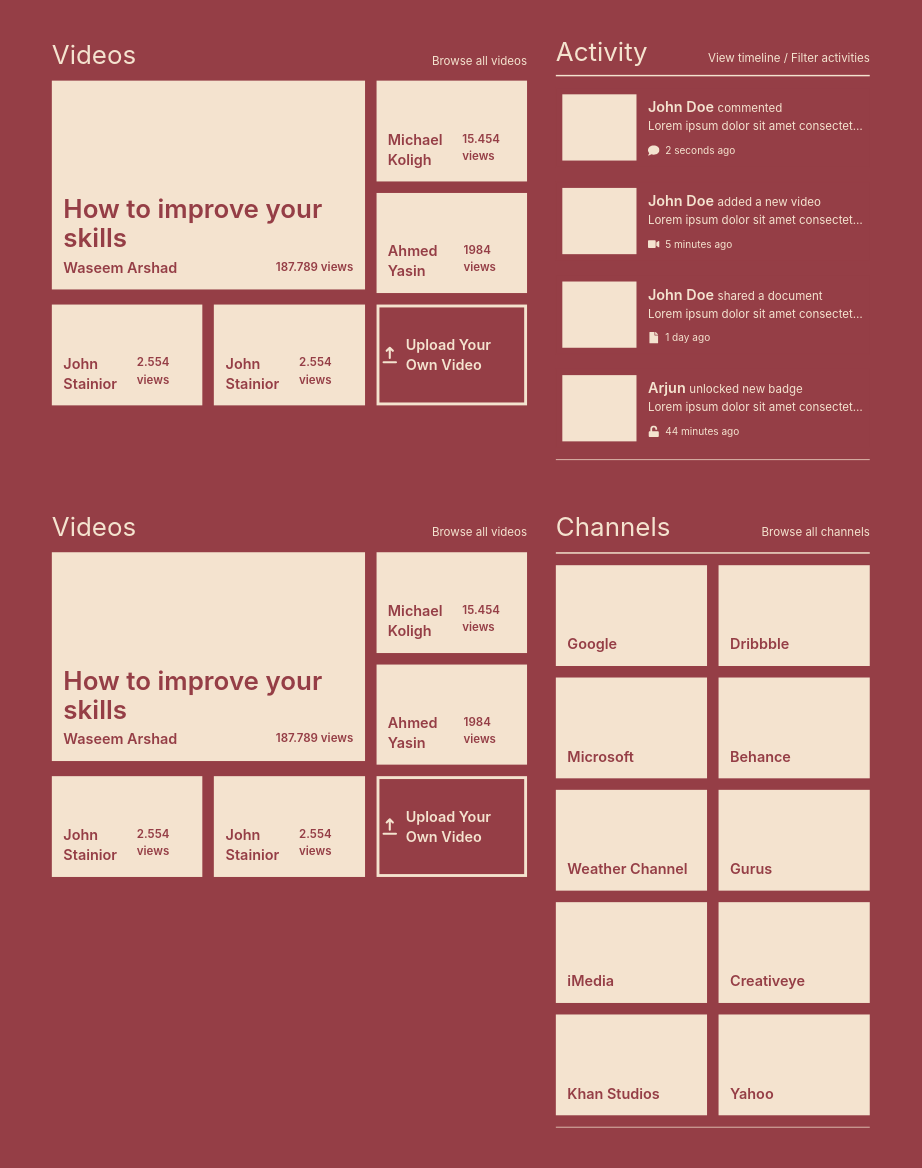
Repository: farrelmuhammad/test-salt
Page: /
These files come from the project's save history. The page is drawn as it stood at one moment and after the next save; the edit follows.
The browser window is 1280 px wide. The pictures show the whole page, at 72% of full size.
The project was rebuilt for these pictures with package versions that can differ from the ones it lists, and the page was loaded fresh each time. Also part of the build but not shown: src/App.css.

Above is the page before, as saved 2022-11-21 17:01:41.

### src/index.css
@tailwind base;
@tailwind components;
@tailwind utilities;

body {
  margin: 0;
  font-family: -apple-system, BlinkMacSystemFont, "Segoe UI", "Roboto", "Oxygen", "Ubuntu", "Cantarell", "Fira Sans", "Droid Sans", "Helvetica Neue", sans-serif;
  -webkit-font-smoothing: antialiased;
  -moz-osx-font-smoothing: grayscale;
  background-color: #953e46;
}

code {
  font-family: source-code-pro, Menlo, Monaco, Consolas, "Courier New", monospace;
}

@layer components {
  .box-text {
    @apply bg-[#F4E3CF] aspect-[3/2] text-[#953e46] p-4;
  }

  .card {
    @apply flex flex-row border border-[#953e46] p-2;
  }

  .hr-top {
    @apply h-[2px] bg-[#F4E3CF] border-none mb-4;
  }

  .hr-bottom {
    @apply h-[1px] bg-[#F4E3CF] border-none my-4;
  }
}

### src/App.js
import logo from "./logo.svg";
import "./App.css";
import Box from "./components/Box";
import Channels from "./components/Channels";
import Activity from "./components/Activity";
import People from "./components/People";

function App() {
  return (
    <>
      <div className="container">
        <div class="flex grid-cols-2 gap-2 m-10">
          <div className="flex-auto w-64">
            <Box />
          </div>
          <div className="flex-auto w-8">
            <Activity />
          </div>
        </div>
      </div>

      <div className="container">
        <div class="flex grid-cols-2 gap-2 m-10">
          <div className="flex-auto w-64">
            <People />
          </div>
          <div className="flex-auto w-8">
            <Channels />
          </div>
        </div>
      </div>
    </>
  );
}

export default App;

### src/components/Box.jsx
import React from "react";
import { HiUpload } from "react-icons/hi";

const Box = () => {
  return (
    <>
      <section className="container">
        <div className="flex items-end justify-between py-4">
          <h1 className="text-4xl text-[#F4E3CF]">Videos</h1>
          <a href="" className="text-base text-[#F4E3CF]">
            Browse all videos
          </a>
        </div>

        <div class="grid grid-cols-3 gap-4">
          <div class="col-span-2 row-span-2 box-text flex flex-col justify-end">
            <h2 className="text-4xl font-semibold mb-2">How to improve your skills</h2>
            <div className="flex justify-between">
              <h4 className="text-xl font-semibold">Waseem Arshad</h4>

              <p className="text-base font-semibold">187.789 views</p>
            </div>
          </div>

          <div class="box-text flex flex-col justify-end">
            <div className="flex justify-between">
              <h4 className="text-xl font-semibold">Michael Koligh</h4>

              <p className="text-base font-semibold">15.454 views</p>
            </div>
          </div>

          <div class="box-text flex flex-col justify-end">
            <div className="flex justify-between">
              <h4 className="text-xl font-semibold">Ahmed Yasin</h4>

              <p className="text-base font-semibold">1984 views</p>
            </div>
          </div>

          <div class="box-text flex flex-col justify-end">
            <div className="flex justify-between">
              <h4 className="text-xl font-semibold">John Stainior</h4>

              <p className="text-base font-semibold">2.554 views</p>
            </div>
          </div>

          <div class="box-text flex flex-col justify-end">
            <div className="flex justify-between">
              <h4 className="text-xl font-semibold">John Stainior</h4>

              <p className="text-base font-semibold">2.554 views</p>
            </div>
          </div>

          <div class="border-4 border-[#F4E3CF] text-[#F4E3CF] flex items-center justify-center">
            <HiUpload className="rounded-full w-10 h-10 mr-2" /> <h2 className="text-xl font-semibold">Upload Your Own Video</h2>
          </div>
        </div>
      </section>
    </>
  );
};

export default Box;

### src/components/Channels.jsx
import React from "react";

const Channels = () => {
  return (
    <>
      <section className="container max-w-xl">
        <div className="flex items-end justify-between py-4">
          <h1 className="text-4xl text-[#F4E3CF]">Channels</h1>
          <a href="" className="text-base text-[#F4E3CF]">
            Browse all channels
          </a>
        </div>

        <hr className="hr-top" />

        <div class="grid grid-cols-2 gap-4 ">
          <div class="box-text text-xl font-semibold flex items-end">Google</div>
          <div class="box-text text-xl font-semibold flex items-end">Dribbble</div>
          <div class="box-text text-xl font-semibold flex items-end">Microsoft</div>
          <div class="box-text text-xl font-semibold flex items-end">Behance</div>
          <div class="box-text text-xl font-semibold flex items-end">Weather Channel</div>
          <div class="box-text text-xl font-semibold flex items-end">Gurus</div>
          <div class="box-text text-xl font-semibold flex items-end">iMedia</div>
          <div class="box-text text-xl font-semibold flex items-end">Creativeye</div>
          <div class="box-text text-xl font-semibold flex items-end">Khan Studios</div>
          <div class="box-text text-xl font-semibold flex items-end">Yahoo</div>
        </div>

        <hr className="hr-bottom" />
      </section>
    </>
  );
};

export default Channels;

### src/components/Activity.jsx
import React from "react";
import { FaComment, FaVideo, FaUnlock, FaHeart, FaFile } from "react-icons/fa";

const Activity = () => {
  return (
    <>
      <section className="container max-w-xl">
        <div className="flex items-end justify-between py-3">
          <h1 className="text-4xl text-[#F4E3CF]">Activity</h1>
          <a href="" className="text-base text-[#F4E3CF]">
            View timeline / Filter activities
          </a>
        </div>

        <hr className="hr-top" />

        <div class="flex flex-col space-y-5">
          <div class="card hover:border-[#F4E3CF]">
            <div className="w-48 bg-[#F4E3CF]"></div>

            <div class="py-1 pl-4 truncate text-[#F4E3CF]">
              <h5 class="text-xl font-semibold">
                John Doe{" "}
                <span className="text-base font-normal">commented</span>
              </h5>
              <p class="text-base mb-3 truncate">
                Lorem ipsum dolor sit amet consectetur adipisicing elit.
                Ratione, similique!
              </p>
              <p class="text-sm flex items-center">
                <FaComment className="w-4 h-4 mr-2" />2 seconds ago
              </p>
            </div>
          </div>

          <div class="card hover:border-[#F4E3CF]">
            <div className="w-48 bg-[#F4E3CF]"></div>

            <div class="py-1 pl-4 truncate text-[#F4E3CF]">
              <h5 class="text-xl font-semibold">
                John Doe{" "}
                <span className="text-base font-normal">added a new video</span>
              </h5>
              <p class="text-base mb-3 truncate">
                Lorem ipsum dolor sit amet consectetur adipisicing elit.
                Ratione, similique!
              </p>
              <p class="text-sm flex items-center">
                <FaVideo className="w-4 h-4 mr-2" />5 minutes ago
              </p>
            </div>
          </div>

          <div class="card hover:border-[#F4E3CF]">
            <div className="w-48 bg-[#F4E3CF]"></div>

            <div class="py-1 pl-4 truncate text-[#F4E3CF]">
              <h5 class="text-xl font-semibold">
                John Doe{" "}
                <span className="text-base font-normal">shared a document</span>
              </h5>
              <p class="text-base mb-3 truncate">
                Lorem ipsum dolor sit amet consectetur adipisicing elit.
                Ratione, similique!
              </p>
              <p class="text-sm flex items-center">
                <FaFile className="w-4 h-4 mr-2" />1 day ago
              </p>
            </div>
          </div>

          <div class="card hover:border-[#F4E3CF]">
            <div className="w-48 bg-[#F4E3CF]"></div>

            <div class="py-1 pl-4 truncate text-[#F4E3CF]">
              <h5 class="text-xl font-semibold">
                Arjun{" "}
                <span className="text-base font-normal">
                  unlocked new badge
                </span>
              </h5>
              <p class="text-base mb-3 truncate">
                Lorem ipsum dolor sit amet consectetur adipisicing elit.
                Ratione, similique!
              </p>
              <p class="text-sm flex items-center">
                <FaUnlock className="w-4 h-4 mr-2" />
                44 minutes ago
              </p>
            </div>
          </div>

          {/* <div class="card hover:border-[#F4E3CF]">
            <div className="w-48 bg-[#F4E3CF]"></div>

            <div class="py-1 pl-4 truncate text-[#F4E3CF]">
              <h5 class="text-xl font-semibold">
                Micheal{" "}
                <span className="text-base font-normal">
                  uploaded a new video
                </span>
              </h5>
              <p class="text-base mb-3 truncate">
                Lorem ipsum dolor sit amet consectetur adipisicing elit.
                Ratione, similique!
              </p>
              <p class="text-sm flex items-center">
                <FaVideo className="w-4 h-4 mr-2" />1 hour ago
              </p>
            </div>
          </div> */}

          {/* <div class="card hover:border-[#F4E3CF]">
            <div className="w-48 bg-[#F4E3CF]"></div>

            <div class="py-1 pl-4 truncate text-[#F4E3CF]">
              <h5 class="text-xl font-semibold">
                John Doe{" "}
                <span className="text-base font-normal">liked a video</span>
              </h5>
              <p class="text-base mb-3 truncate">
                Lorem ipsum dolor sit amet consectetur adipisicing elit.
                Ratione, similique!
              </p>
              <p class="text-sm flex items-center">
                <FaHeart className="w-4 h-4 mr-2" />
                19 minutes ago
              </p>
            </div>
          </div> */}
        </div>

        <hr className="hr-bottom" />
      </section>
    </>
  );
};

export default Activity;

### src/components/People.jsx
import React from "react";
import { HiUpload } from "react-icons/hi";

const People = () => {
  return (
    <>
      <section className="container">
        <div className="flex items-end justify-between py-4">
          <h1 className="text-4xl text-[#F4E3CF]">Videos</h1>
          <a href="" className="text-base text-[#F4E3CF]">
            Browse all videos
          </a>
        </div>

        <div class="grid grid-cols-3 gap-4">
          <div class="col-span-2 row-span-2 box-text flex flex-col justify-end">
            <h2 className="text-4xl font-semibold mb-2">How to improve your skills</h2>
            <div className="flex justify-between">
              <h4 className="text-xl font-semibold">Waseem Arshad</h4>

              <p className="text-base font-semibold">187.789 views</p>
            </div>
          </div>

          <div class="box-text flex flex-col justify-end">
            <div className="flex justify-between">
              <h4 className="text-xl font-semibold">Michael Koligh</h4>

              <p className="text-base font-semibold">15.454 views</p>
            </div>
          </div>

          <div class="box-text flex flex-col justify-end">
            <div className="flex justify-between">
              <h4 className="text-xl font-semibold">Ahmed Yasin</h4>

              <p className="text-base font-semibold">1984 views</p>
            </div>
          </div>

          <div class="box-text flex flex-col justify-end">
            <div className="flex justify-between">
              <h4 className="text-xl font-semibold">John Stainior</h4>

              <p className="text-base font-semibold">2.554 views</p>
            </div>
          </div>

          <div class="box-text flex flex-col justify-end">
            <div className="flex justify-between">
              <h4 className="text-xl font-semibold">John Stainior</h4>

              <p className="text-base font-semibold">2.554 views</p>
            </div>
          </div>

          <div class="border-4 border-[#F4E3CF] text-[#F4E3CF] flex items-center justify-center">
            <HiUpload className="rounded-full w-10 h-10 mr-2" /> <h2 className="text-xl font-semibold">Upload Your Own Video</h2>
          </div>
        </div>
      </section>
    </>
  );
};

export default People;

### tailwind.config.js
/** @type {import('tailwindcss').Config} */
module.exports = {
  content: ["./src/**/*.{js,jsx,ts,tsx}"],
  theme: {
    container: {
      padding: "16px",
    },
    extend: {
      screens: {
        sm: "640px",
        md: "768px",
        lg: "1024px",
        xl: "1280px",
        "2xl": "1320px",
      },
    },
  },
  plugins: [],
};

Loaded but not shown: public/index.html (common file); src/index.js (common file); src/reportWebVitals.js (common file)

After the next save:
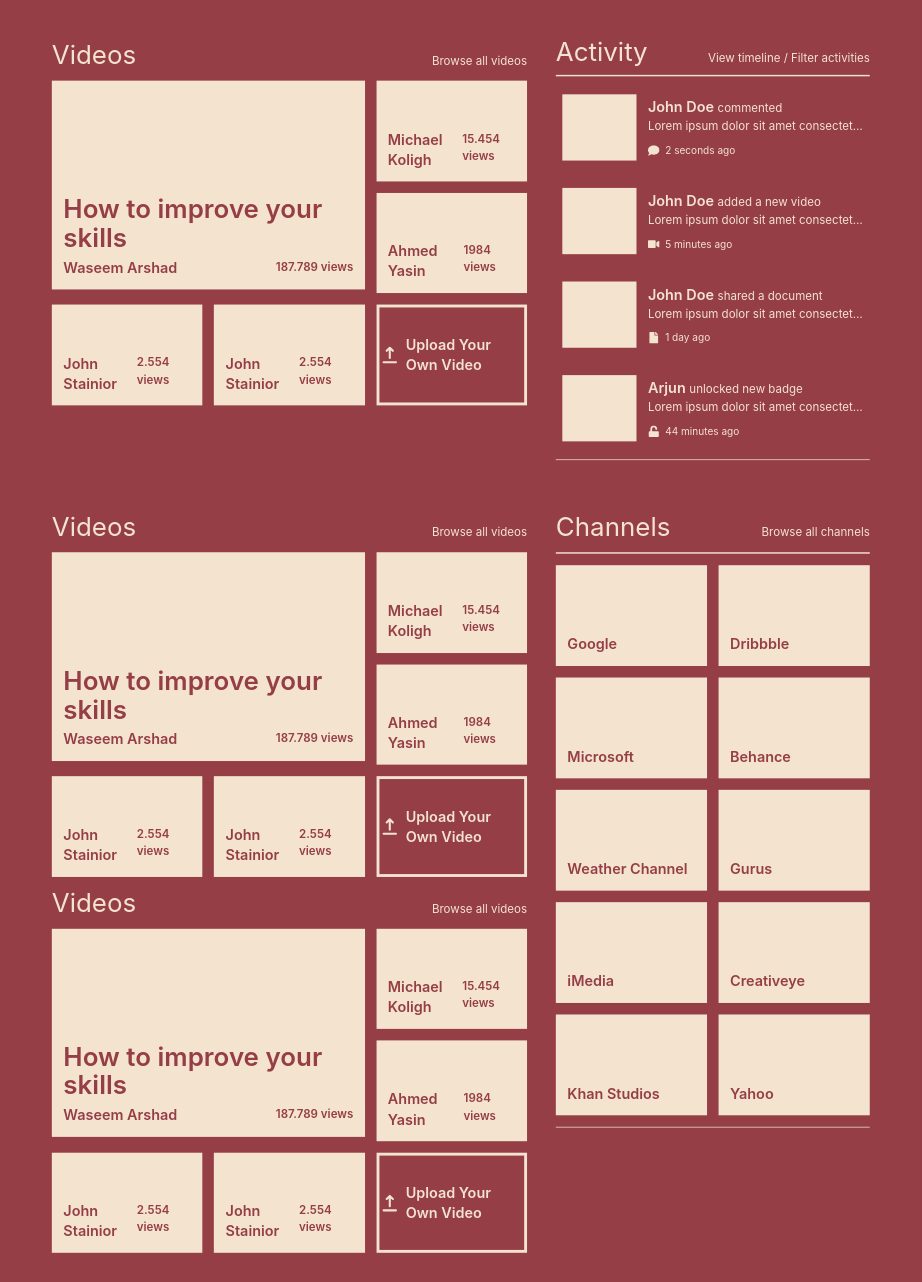
Saved 2 min 45 s later.
--- a/src/App.js
+++ b/src/App.js
@@ -23,6 +23,7 @@ function App() {
         <div class="flex grid-cols-2 gap-2 m-10">
           <div className="flex-auto w-64">
             <People />
+            <People />
           </div>
           <div className="flex-auto w-8">
             <Channels />
